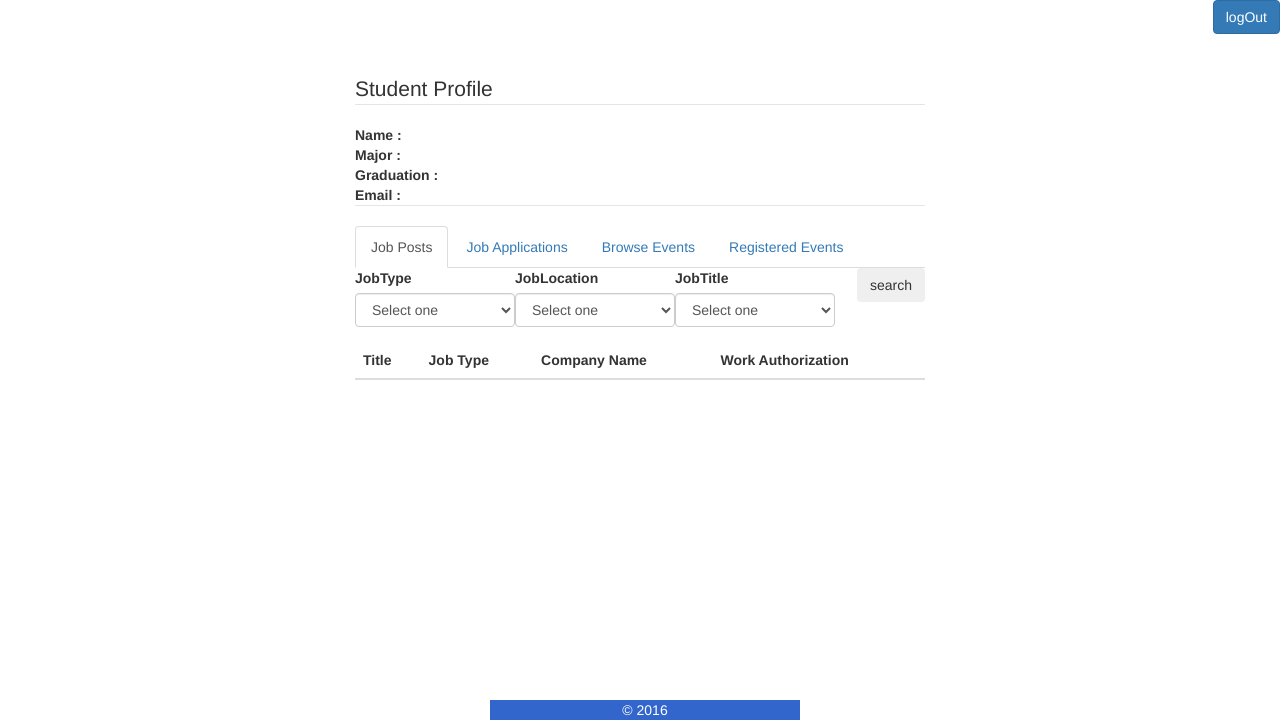
Repository: merlynfrank/AcademicProjects
Page: http://localhost/studenthome
The author's editor kept a copy of each file at every save. The page is drawn from the files as they stood at one save, then again after a run of saves.
The browser window is 1280 px wide. The pictures show the whole page.
The page is this project's Thymeleaf template; nobody is signed in. The template is opened directly, without the code that normally fills it, so the values that code supplies are empty.

Above is the page before, as saved 2018-12-01 06:50:06.

### smith-is-internship/src/main/resources/templates/studenthome.html
<!DOCTYPE html>
<html xmlns:th="http://thymeleaf.org">
<head>
<link th:href="@{/css/bootstrap.min.css}" rel="stylesheet"
	type="text/css"></link>
<link th:href="@{/css/layout.css}" rel="stylesheet" type="text/css"></link>
<script type="text/javascript" th:src="@{/js/jquery-3.1.0.min.js}"></script>
<script type="text/javascript" th:src="@{/js/bootstrap.min.js}"></script>
</head>

<style>

.footer {
	position: absolute;
	right: 37.5%;
	left: 50%;
	bottom: 0px;
	width: 100;
	background: #3366cc;
	color: white;
	text-align: center;
	margin-left: -150px
}


</style>
<body>
	<!-- LogOut button -->
	<form th:action="@{/login}" th:object="${loginForm}">
		<div align="right">
			<button id="logOut" name="logOut" class="btn btn-primary">logOut</button>
		</div>
	</form>
	<br />
	<br />
	<div class="container">

		<fieldset>

			<!-- Form Name -->
			<legend>Student Profile</legend>
			<table>
				<tr>
					<th>Name :</th>
					<td><span th:text="${fname}"> ${fname} </span><span
						th:text="${lname}">${lname}</span></td>
				</tr>
				<tr>
					<th>Major :</th>
					<td><span th:text="${major}"> ${major} </span></td>
				</tr>
				<tr>
					<th>Graduation :</th>
					<td><span th:text="${graduation}"> ${graduation} </span></td>
				</tr>
				<tr>
					<th>Email :</th>
					<td><span th:text="${email}"> ${email} </span></td>
				</tr>
			</table>

		</fieldset>


		<script type="text/javascript" th:src="@{/js/jquery-3.1.0.min.js}"></script>
		<script type="text/javascript" th:src="@{/js/bootstrap.min.js}"></script>
	</div>

	<!-- Table for Search jobs and Applied jobs -->
	<div class="container">
		<legend></legend>
	</div>

	<div id="exTab2" class="container">
		<ul class="nav nav-tabs">
			<li class="active"><a href="#1" data-toggle="tab">Job Posts</a>
			</li>
			<li><a href="#2" data-toggle="tab">Job Applications</a></li>
			<li><a href="#3" data-toggle="tab">Browse Events</a></li>
			<li><a href="#4" data-toggle="tab">Registered Events</a></li>
		</ul>

		<div class="tab-content ">
			<div class="tab-pane active" id="1">
				<form class="form-horizontal" th:action="@{/jobsearch}"
					th:object="${jobSearchForm}" method="post">
					<div class="form-group col-md-4">
						<label for="jobType">JobType</label> <select id="jobType"
							class="form-control">
							<option selected="selected">Select one</option>
							<option>Analyst</option>
						</select>
					</div>
					<div class="form-group col-md-4">
						<label for="jobType">JobLocation</label> <select id="joblocation"
							class="form-control">
							<option selected="selected">Select one</option>
							<option>Maryland</option>
							<option>DC</option>
						</select>
					</div>
					<div class="form-group col-md-4">
						<label for="jobType">JobTitle</label> <select id="jobTitle"
							class="form-control">
							<option selected="selected">Select one</option>
							<option>Data Analyst</option>
							<option>Business Analyst</option>
						</select>
					</div>
					<div align="right">
						<button id="search" name="search" class="btn">search</button>
					</div>
				</form>
				<div class="form-elegant">
					<table class="table table-hover table-striped">
					<thead class="thead-light">
					<tr>
						<th>Title</th>
						<th>Job Type</th>
						<th>Company Name</th>
						<th>Work Authorization</th>
					</tr>
					</thead>
						<div th:each="job : ${jobs}">
					<tr>
						<td><span th:text="${job.jobTitle}"/></td>
						<td><span th:text="${job.jobType}"/></td>
						<td><span th:text="${job.companyName}"/></td>
						<td><span th:text="${job.workAuthorization}"/></td>
					</tr>
					<tr>
						<td colspan="4">
							<p> Qualification: <span th:text="${job.qualification}"/><br/>
							Description  : <span th:text="${job.description}"/><br/>
							Salary : <span th:text="${job.salary}"/><br/>
							Expiration date : <span th:text="${job.expirationDate}"/><br/></p>
						</td>
					</tr>


						</div>
					</table>


				</div>

			</div>
			<div class="tab-pane" id="2">
				<h3>Notice the gap between the content and tab after applying a
					background color</h3>
			</div>
			<div class="tab-pane" id="3">
				<h3>add clearfix to tab-content (see the css)</h3>
			</div>
			<div class="tab-pane" id="4">
				<h3>add clearfix to tab-content (see the css)</h3>
			</div>
		</div>
	</div>


</body>
<div class="footer">&copy; 2016</div>

</html>

### smith-is-internship/src/main/resources/static/css/layout.css
.container {
    width: 600px;
    margin: auto;
}
.remember-me {
    text-align: center;
}
.btn-login {
    width: 100%;
}

Loaded but not shown: smith-is-internship/src/main/resources/static/css/bootstrap.min.css (library); smith-is-internship/src/main/resources/static/js/jquery-3.1.0.min.js (library); smith-is-internship/src/main/resources/static/js/bootstrap.min.js (library)

After the next 2 saves:
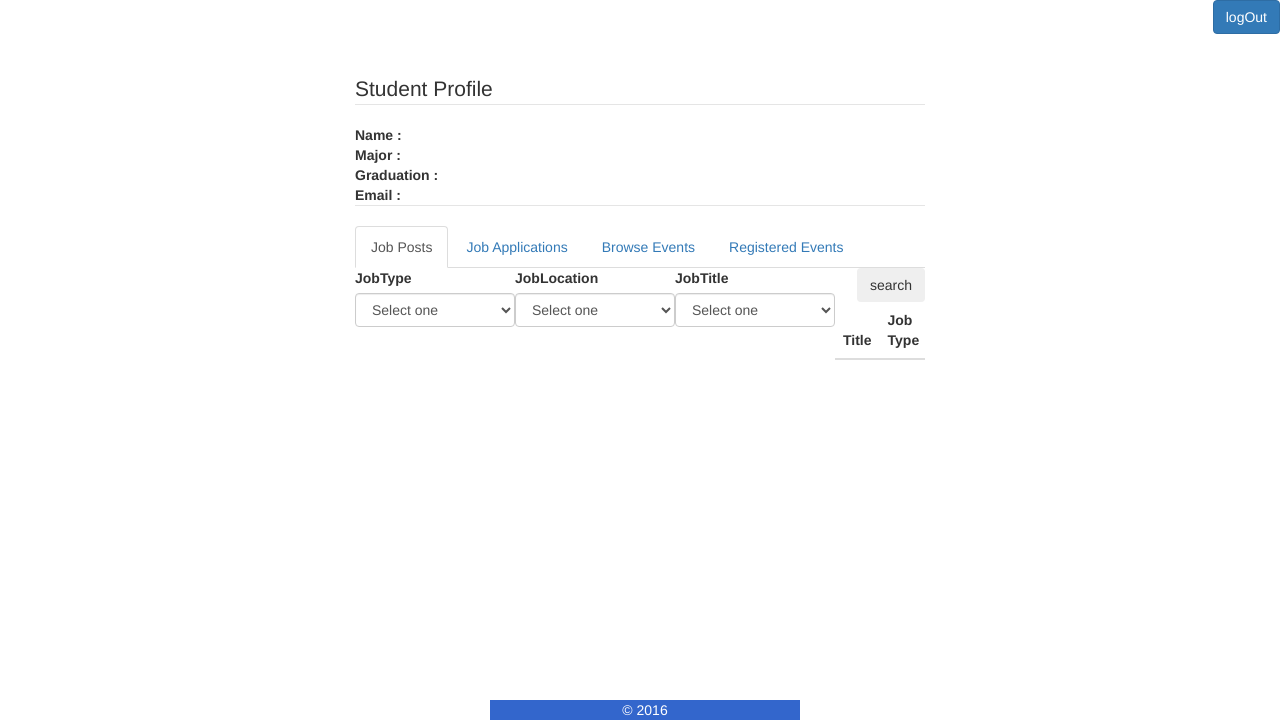
The 2 saves are shown as one change because they came seconds apart.
The last was saved 2 min 54 s later.
--- a/smith-is-internship/src/main/resources/templates/studenthome.html
+++ b/smith-is-internship/src/main/resources/templates/studenthome.html
@@ -111,7 +111,7 @@
 						<button id="search" name="search" class="btn">search</button>
 					</div>
 				</form>
-				<div class="form-elegant">
+				<div class="form-elegant" style="overflow-y:auto;">
 					<table class="table table-hover table-striped">
 					<thead class="thead-light">
 					<tr>

After the save that followed:
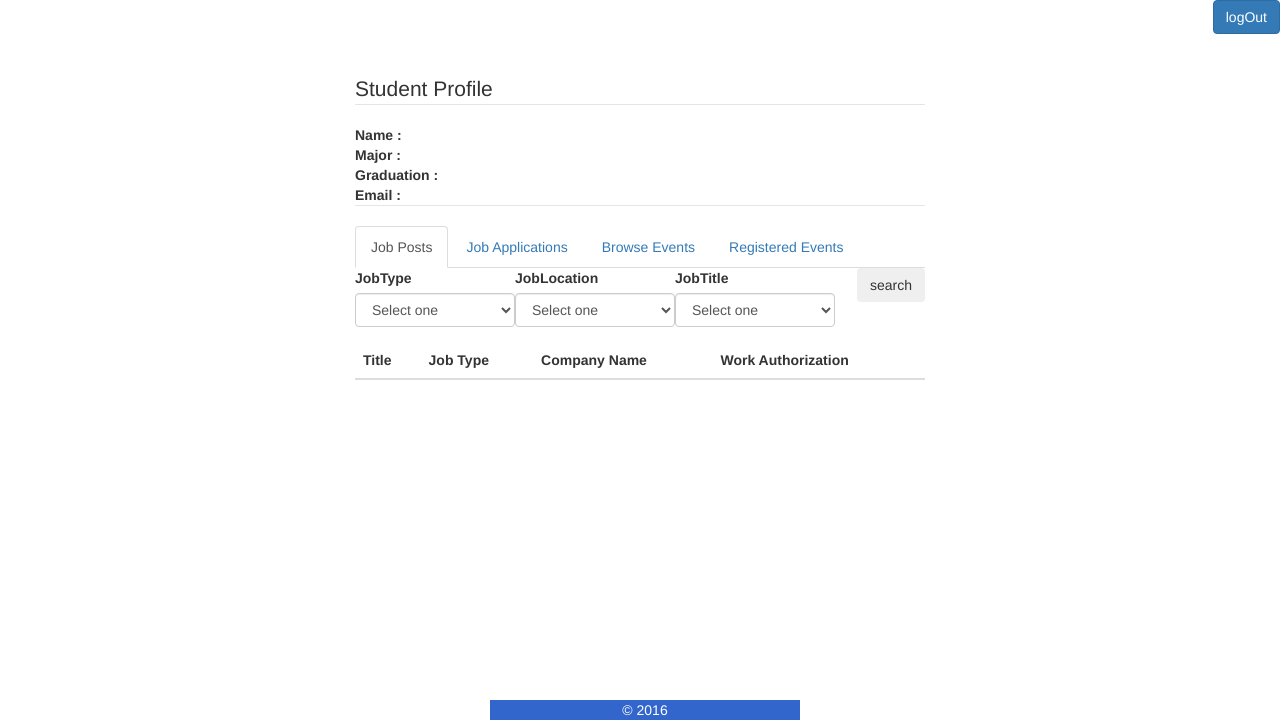
Saved 34 s later.
--- a/smith-is-internship/src/main/resources/templates/studenthome.html
+++ b/smith-is-internship/src/main/resources/templates/studenthome.html
@@ -111,7 +111,7 @@
 						<button id="search" name="search" class="btn">search</button>
 					</div>
 				</form>
-				<div class="form-elegant" style="overflow-y:auto;">
+				<div class="form-elegant" overflow-y="auto">
 					<table class="table table-hover table-striped">
 					<thead class="thead-light">
 					<tr>
